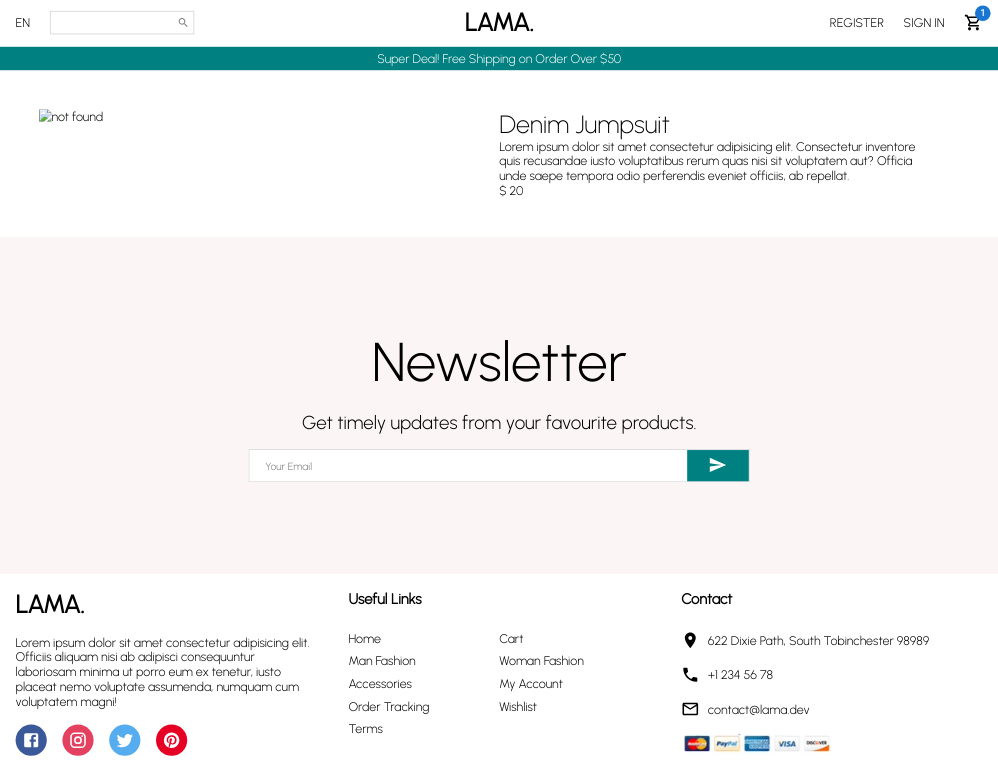
Repository: kmvaghela/ECOMMERCE
Page: /
These files come from the project's save history. The page is drawn as it stood at one moment and after the next save; the edit follows.
The browser window is 1280 px wide. The pictures show the whole page, at 78% of full size.
The project was rebuilt for these pictures with package versions that can differ from the ones it lists, and the page was loaded fresh each time. Also part of the build but not shown: src/data.js, src/components/CategoryItem.jsx, src/components/Categories.jsx, src/components/Product.jsx, src/components/Products.jsx, src/components/Slider.jsx, src/pages/Home.jsx, src/pages/ProductList.jsx.

Above is the page before, as saved 2022-02-23 21:59:56.

### public/index.html
<!DOCTYPE html>
<html lang="en">

<head>
  <meta charset="utf-8" />
  <meta name="viewport" content="width=device-width, initial-scale=1" />
  <meta name="description" content="Web site created using create-react-app" />
  <link href="https://fonts.googleapis.com/css2?family=Urbanist:wght@100;200;300&display=swap" rel="stylesheet">
  <style>
    * {
      margin: 0;
      font-family: 'Urbanist', sans-serif;
    }
  </style>
  <title>React App</title>
</head>

<body>
  <noscript>You need to enable JavaScript to run this app.</noscript>
  <div id="root"></div>
</body>

</html>

### src/App.jsx
import Home from "./pages/Home";
import Product from "./pages/Product";
import ProductList from "./pages/ProductList";

const App = () => {
  return (
    // <Home />
    // <ProductList />
    <Product />
  );
};

export default App;

### src/pages/Product.jsx
import React from "react";
import styled from "styled-components";
import Navbar from "../components/Navbar";
import Announcement from "../components/Announcement";
import Newsletter from "../components/Newsletter";
import Footer from "../components/Footer";

const Container = styled.div``;

const Wrapper = styled.div`
  padding: 50px;
  display: flex;
`;

const ImageContainer = styled.div`
  flex: 1;
`;

const Image = styled.img`
  width: 100%;
  height: 90vh;
  object-fit: cover;
`;

const InfoContainer = styled.div`
  flex: 1;
  padding: 0px 50px;
`;

const Title = styled.h1`
  font-weight: 200;
`;

const Description = styled.p``;

const Price = styled.span``;

const Product = () => {
  return (
    <Container>
      <Navbar />
      <Announcement />
      <Wrapper>
        <ImageContainer>
          <Image src="" alt="not found" />
        </ImageContainer>
        <InfoContainer>
          <Title>Denim Jumpsuit</Title>
          <Description>
            Lorem ipsum dolor sit amet consectetur adipisicing elit. Consectetur
            inventore quis recusandae iusto voluptatibus rerum quas nisi sit
            voluptatem aut? Officia unde saepe tempora odio perferendis eveniet
            officiis, ab repellat.
          </Description>
          <Price>$ 20</Price>
        </InfoContainer>
      </Wrapper>
      <Newsletter />
      <Footer />
    </Container>
  );
};

export default Product;

### src/components/Announcement.jsx
import styled from "styled-components";

const Container = styled.div`
  height: 30px;
  background-color: teal;
  color: white;
  display: flex;
  align-items: center;
  justify-content: center;
  font-size: 14;
  font-weight: 500;
`;

const Announcement = () => {
  return (
    <Container>
      Super Deal! Free Shipping on Order Over $50
    </Container>
  );
};

export default Announcement;

### src/components/Navbar.jsx
import React from "react";
import styled from "styled-components";
import SearchOutlinedIcon from "@mui/icons-material/SearchOutlined";
import ShoppingCartOutlinedIcon from "@mui/icons-material/ShoppingCartOutlined";
import Badge from "@mui/material/Badge";

const Container = styled.div`
  height: 60px;
`;
const Wrapper = styled.div`
  padding: 10px 20px;
  display: flex;
  align-items: center;
  justify-content: space-between;
`;
const Left = styled.div`
  flex: 1;
  display: flex;
  align-items: center;
`;
const Language = styled.span`
  font-size: 14;
  cursor: pointer;
`;
const SearchContainer = styled.div`
  border: 0.5px solid lightgray;
  display: flex;
  align-items: center;
  margin-left: 25px;
  padding: 5px;
`;
const Input = styled.input`
  border: none;
`;

const Center = styled.div`
  flex: 2;
`;
const Logo = styled.h1`
  font-weight: bold;
  text-align: center;
`;

const Right = styled.div`
  flex: 1;
  display: flex;
  align-items: center;
  justify-content: flex-end;
`;
const MenuItem = styled.div`
  font-size: 14;
  cursor: pointer;
  margin-left: 25px;
`;

const Navbar = () => {
  return (
    <Container>
      <Wrapper>
        <Left>
          <Language>EN</Language>
          <SearchContainer>
            <Input />
            <SearchOutlinedIcon style={{color:"gray",fontSize:16}}/>
          </SearchContainer>
        </Left>
        <Center>
          <Logo>LAMA.</Logo>
        </Center>
        <Right>
          <MenuItem>REGISTER</MenuItem>
          <MenuItem>SIGN IN</MenuItem>
          <MenuItem>
            <Badge badgeContent={1} color="primary">
              <ShoppingCartOutlinedIcon />
            </Badge>
          </MenuItem>
        </Right>
      </Wrapper>
    </Container>
  );
};
export default Navbar;

### src/components/Newsletter.jsx
import React from "react";
import styled from "styled-components";
import SendIcon from "@mui/icons-material/Send";

const Container = styled.div`
  height: 60vh;
  background-color: #fcf5f5;
  display: flex;
  align-items: center;
  justify-content: center;
  flex-direction: column;
`;

const Title = styled.h1`
  font-size: 70px;
  margin-bottom: 20px;
  font-weight: 300;
`;

const Description = styled.div`
  font-size: 24px;
  margin-bottom: 20px;
`;

const InputContainer = styled.div`
  width: 50%;
  height: 40px;
  background-color: white;
  display: flex;
  justify-content: space-between;
  border: 1px solid lightgray;
`;

const Input = styled.input`
  border: none;
  flex: 8;
  padding-left: 20px;
`;

const Button = styled.button`
  flex: 1;
  border: none;
  background-color: teal;
  color: white;
`;

const Newsletter = () => {
  return (
    <Container>
      <Title>Newsletter</Title>
      <Description>
        Get timely updates from your favourite products.
      </Description>
      <InputContainer>
        <Input placeholder="Your Email" />
        <Button>
          <SendIcon />
        </Button>
      </InputContainer>
    </Container>
  );
};

export default Newsletter;

### src/components/Footer.jsx
import React from "react";
import styled from "styled-components";
import FacebookIcon from "@mui/icons-material/Facebook";
import InstagramIcon from "@mui/icons-material/Instagram";
import TwitterIcon from "@mui/icons-material/Twitter";
import PinterestIcon from "@mui/icons-material/Pinterest";
import RoomIcon from "@mui/icons-material/Room";
import PhoneIcon from "@mui/icons-material/Phone";
import MailOutlineIcon from "@mui/icons-material/MailOutline";
import PaymentImage from "../assets/payment.PNG";
const Container = styled.div`
  display: flex;
`;

const Left = styled.div`
  flex: 1;
  display: flex;
  flex-direction: column;
  padding: 20px;
`;
const Center = styled.div`
  flex: 1;
  padding: 20px;
`;
const Right = styled.div`
  flex: 1;
  padding: 20px;
`;

const Logo = styled.h1``;

const Description = styled.p`
  margin: 20px 0px;
`;

const SocialContainer = styled.div`
  display: flex;
`;

const SocialIcon = styled.div`
  height: 40px;
  width: 40px;
  border-radius: 50%;
  color: white;
  background-color: ${(props) => props.color};
  display: flex;
  align-items: center;
  justify-content: center;
  margin-right: 20px;
`;

const Title = styled.h3`
  margin-bottom: 30px;
`;

const List = styled.ul`
  margin: 0;
  padding: 0;
  list-style: none;
  display: flex;
  flex-wrap: wrap;
`;

const ListItem = styled.li`
  width: 50%;
  margin-bottom: 10px;
`;

const ContactItem = styled.div`
  margin-bottom: 20px;
  display: flex;
  align-items: center;
`;

const Payment = styled.img`
  width: 50%;
`;

const Footer = () => {
  return (
    <Container>
      <Left>
        <Logo>LAMA.</Logo>
        <Description>
          Lorem ipsum dolor sit amet consectetur adipisicing elit. Officiis
          aliquam nisi ab adipisci consequuntur laboriosam minima ut porro eum
          ex tenetur, iusto placeat nemo voluptate assumenda, numquam cum
          voluptatem magni!
        </Description>
        <SocialContainer>
          <SocialIcon color="#3B5999">
            <FacebookIcon />
          </SocialIcon>
          <SocialIcon color="#E4405F">
            <InstagramIcon />
          </SocialIcon>
          <SocialIcon color="#55ACEE">
            <TwitterIcon />
          </SocialIcon>
          <SocialIcon color="#E60023">
            <PinterestIcon />
          </SocialIcon>
        </SocialContainer>
      </Left>

      <Center>
        <Title>Useful Links</Title>
        <List>
          <ListItem>Home</ListItem>
          <ListItem>Cart</ListItem>
          <ListItem>Man Fashion</ListItem>
          <ListItem>Woman Fashion</ListItem>
          <ListItem>Accessories</ListItem>
          <ListItem>My Account</ListItem>
          <ListItem>Order Tracking</ListItem>
          <ListItem>Wishlist</ListItem>
          <ListItem>Terms</ListItem>
        </List>
      </Center>

      <Right>
        <Title>Contact</Title>
        <ContactItem>
          <RoomIcon style={{ marginRight: "10px" }} />
          622 Dixie Path, South Tobinchester 98989
        </ContactItem>
        <ContactItem>
          <PhoneIcon style={{ marginRight: "10px" }} />
          +1 234 56 78
        </ContactItem>
        <ContactItem>
          <MailOutlineIcon style={{ marginRight: "10px" }} />
          contact@lama.dev
        </ContactItem>
        <Payment src={PaymentImage} alt="not found" />
      </Right>
    </Container>
  );
};

export default Footer;

Loaded but not shown: src/index.js (common file)

After the next save:
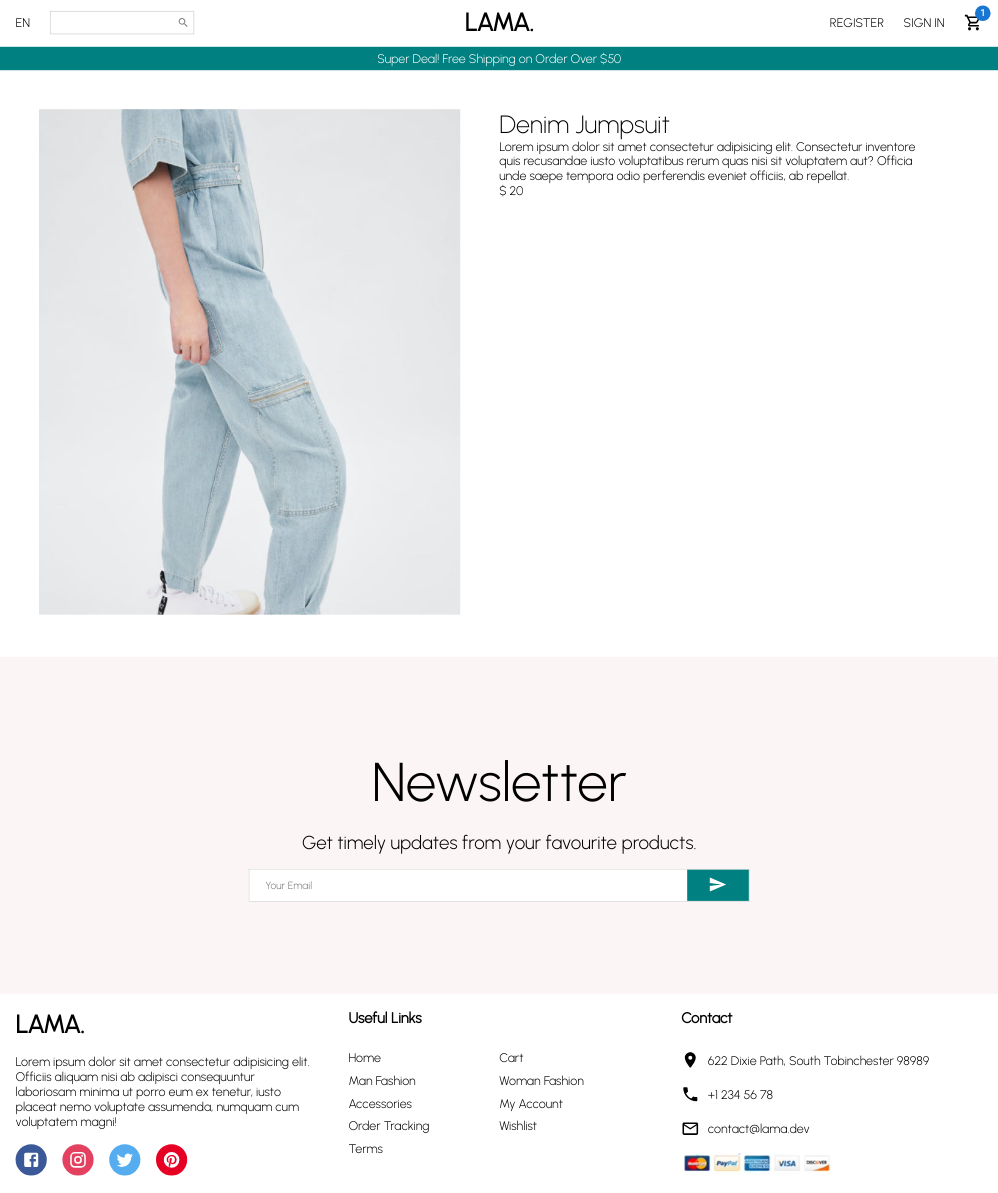
Saved 8 min 45 s later.
--- a/src/pages/Product.jsx
+++ b/src/pages/Product.jsx
@@ -4,7 +4,7 @@
 import Announcement from "../components/Announcement";
 import Newsletter from "../components/Newsletter";
 import Footer from "../components/Footer";
-
+import ProductImg from "../assets/123.jpg";
 const Container = styled.div``;
 
 const Wrapper = styled.div`
@@ -42,7 +42,7 @@
       <Announcement />
       <Wrapper>
         <ImageContainer>
-          <Image src="" alt="not found" />
+          <Image src={ProductImg} alt="not found" />
         </ImageContainer>
         <InfoContainer>
           <Title>Denim Jumpsuit</Title>
